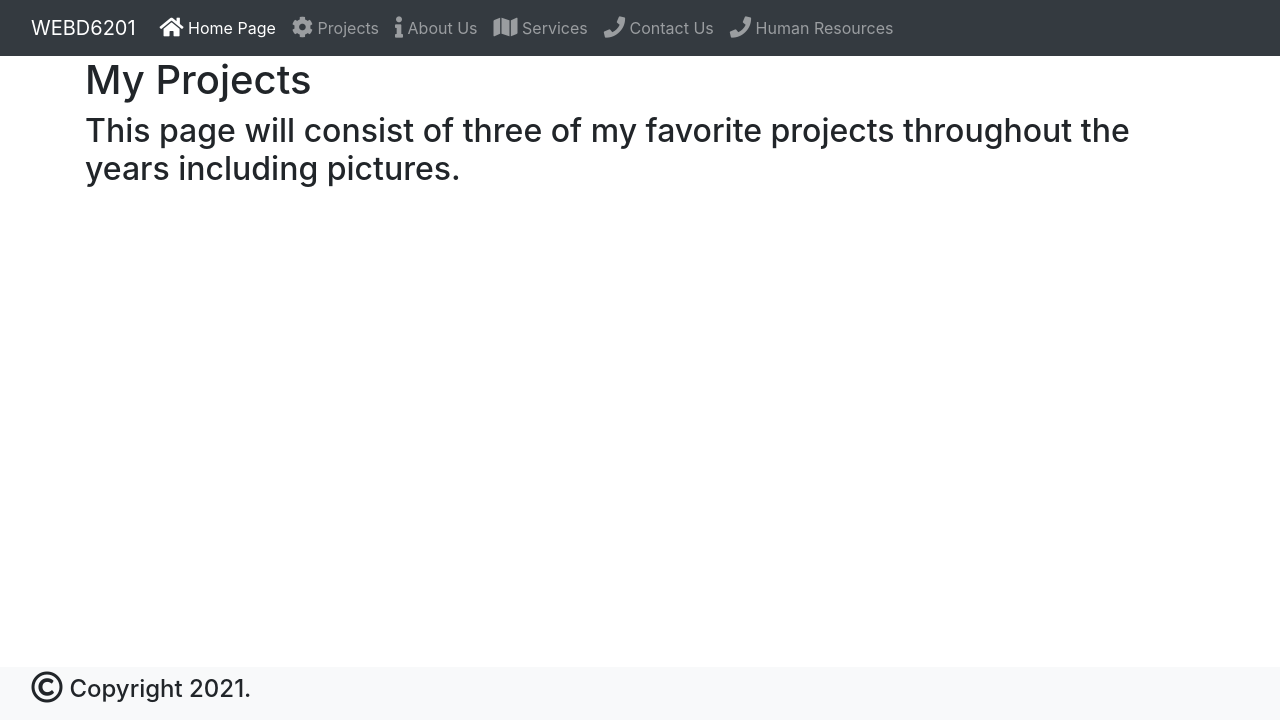
Repository: arbin6ix/ICE-2
Page: projects.html
The author's editor kept a copy of each file at every save. The page is drawn from the files as they stood at one save, then again after the next save.
The browser window is 1280 px wide. The pictures show the whole page.

Above is the page before, as saved 2021-02-05 22:10:12.

### projects.html
<!DOCTYPE html>
<html lang="en">
<head>
    <meta charset="UTF-8">
    <meta name="viewport" content="width=device-width, initial-scale=1.0">
    <title>Projects</title>
    <!-- CSS Section -->
    <link rel="stylesheet" href="./node_modules/bootstrap/dist/css/bootstrap.min.css">
    <link rel="stylesheet" href="./node_modules/@fortawesome/fontawesome-free/css/all.min.css">
    <link rel="stylesheet" href="./Content/app.css">
</head>
<body>
    <!-- Main Header -->
    <header>
        <!-- Main Navigation -->
        <nav class="navbar navbar-expand-lg navbar-dark bg-dark">
          <div class="container-fluid">
            <a class="navbar-brand" href="projects.html">WEBD6201</a>
            <button class="navbar-toggler" type="button" data-bs-toggle="collapse" data-bs-target="#navbarSupportedContent" aria-controls="navbarSupportedContent" aria-expanded="false" aria-label="Toggle navigation">
              <span class="navbar-toggler-icon"></span>
            </button>
            <div class="collapse navbar-collapse" id="navbarSupportedContent";>
              <ul class="navbar-nav me-auto mb-2 mb-lg-0">
                <li class="nav-item">
                  <a class="nav-link active" aria-current="page" href="index.html"><i class="fas fa-home fa-lg"></i> Home Page</a>
                </li>

                <li class="nav-item">
                  <a class="nav-link" aria-current="page" href="projects.html"><i class="fas fa-cog fa-lg"></i> Projects</a>
                </li>

                <li class="nav-item">
                  <a class="nav-link" aria-current="page" href="about.html"><i class="fas fa-info fa-lg"></i> About Us</a>
                </li>

                <li class="nav-item">
                  <a class="nav-link" aria-current="page" href="services.html"><i class="fas fa-map fa-lg"></i> Services</a>
                </li>

                <li class="nav-item">
                  <a class="nav-link" aria-current="page" href="contact.html"><i class="fas fa-phone fa-lg"></i> Contact Us</a>
                </li>

                <li class="nav-item">
                  <a class="nav-link" aria-current="page" href="human-resources.html"><i class="fas fa-phone fa-lg"></i> Human Resources</a>
                </li>
              </ul>
            </div>
          </div>
        </nav>
  </header>

    <!-- Main Content -->
    <main class="container">
        <h1>My Projects</h1>
        <h2>This page will consist of three of my favorite projects throughout the years including pictures.</h2>
    </main>

    <!-- Main Footer -->
    <footer>
        <nav class="navbar fixed-bottom navbar-light bg-light">
            <div class="container-fluid">
              <h4><i class="far fa-copyright fa-lg"></i> Copyright 2021.</h4>
            </div>
          </nav>
    </footer>

    <!-- Script Section-->
    <script src="./node_modules/jquery/dist/jquery.min.js"></script>
    <script src="./node_modules/bootstrap/dist/js/bootstrap.bundle.min.js"></script>
    <script src="./Scripts/app.js"></script>
</body>
</html>

### Scripts/app.js
/* custom JavaScript goes here */

//IIFE - Immediately Invoked Function Expression
//AKA - Anonymous Self-Executing Function
//Closure - limits scope leak

"use strict";
//Contact Class


(function()
{
    function displayHome()
    {
        let paragraphOneText =
          "This is a simple site to demonstrate DOM Manipulation for ICE 2";

        let paragraphOneElement = document.getElementById("paragraphOne");

        paragraphOneElement.textContent = paragraphOneText;
        paragraphOneElement.className = "fs-5";

        // Step 1. document.createElement
        let newParagraph = document.createElement("p");
        // Step 2. configure the element
        newParagraph.setAttribute("id", "paragraphTwo");
        newParagraph.textContent = "...And this is paragraph two";
        // Step 3. select the parent element
        let mainContent = document.getElementsByTagName("main")[0];
        // Step 4. Add / Insert the element
        mainContent.appendChild(newParagraph);

        newParagraph.className = "fs-6";

        // another way of injecting content
        let paragraphDiv = document.createElement("div");
        let paragraphThree = `<p id="paragraphThree" class="fs-7 fw-bold">And this is the Third Paragraph</p>`;
        paragraphDiv.innerHTML = paragraphThree;

        // insertions

        // example of inserting before a node
        //newParagraph.before(paragraphDiv);

        // example of inserting after a node
        newParagraph.after(paragraphDiv);

        // deletions

        // example of removing a single element
        //paragraphOneElement.remove();

        // example of removeChild
        mainContent.removeChild(paragraphOneElement);

        // update / modification
        //mainContent.firstElementChild.textContent = "Welcome Home!";

        mainContent.innerHTML = `<h1 id="firstHeading">Welcome to WEBD6201 - Lab 1</h1>
         <p id="paragraphOne" class="fs-3 fw-bold">This is my first Paragraph</p>
        `;

    }

    function displayAbout()
    {

    }

    function displayProjects()
    {

    }

    function displayServices()
    {

    }

    function displayContact()
    {
        let messageArea = document.getElementById("messageArea");
        messageArea.hidden = true;

        // form validation
        let fullName = document.getElementById("fullName");
        fullName.addEventListener("blur", function() {
            if(fullName.value.length < 2)
            {
                fullName.focus();
                fullName.select();
                messageArea.hidden = false;
                messageArea.className = "alert alert-danger";
                messageArea.textContent = "Please enter an appropriate Name";
            }
            else
            {
                messageArea.removeAttribute("class");
                messageArea.hidden = true;
            }
        });

        let sendButton = document.getElementById("sendButton");
        sendButton.addEventListener("click", function(event){
            //event.preventDefault();


            let contact = new Contact(fullName.value, contactNumber.value, emailAddress.value);
              localStorage.setItem((localStorage.length + 1).toString(), contact.serialize());







        });
    }

    function displayContactList()
    {
      if (localStorage.length > 0)
      {
        let contactList = document.getElementById("contactList");

        let data = "";

        for (let index = 0; index < localStorage.length; index++)
        {
          let contactData = localStorage.getItem((index + 1).toString());

          let contact = new Contact();
          contact.deserialize(contactData);

          data += `<tr>
          <th scope="row">${index + 1}</th>
          <td>${contact.FullName}</td>
          <td>${contact.ContactNumber}</td>
          <td>${contact.EmailAddress}</td>
        </tr>`;
        }

        contactList.innerHTML = data;
      }
    }



    function Start()
    {
        console.log("App Started...");

        switch (document.title)
        {
          case "Home":
              displayHome();
            break;
          case "About":
              displayAbout();
            break;
          case "Projects":
              displayProjects();
            break;
          case "Services":
              displayServices();
            break;
          case "Contact":
              displayContact();
            break;
          case "Contact-List":
            displayContactList();
          break;
        }

    }

    window.addEventListener("load", Start);

})();

Loaded but not shown: node_modules/bootstrap/dist/css/bootstrap.min.css (library); node_modules/@fortawesome/fontawesome-free/css/all.min.css (library); Content/app.css (common file); node_modules/jquery/dist/jquery.min.js (library); node_modules/bootstrap/dist/js/bootstrap.bundle.min.js (library)

After the next save:
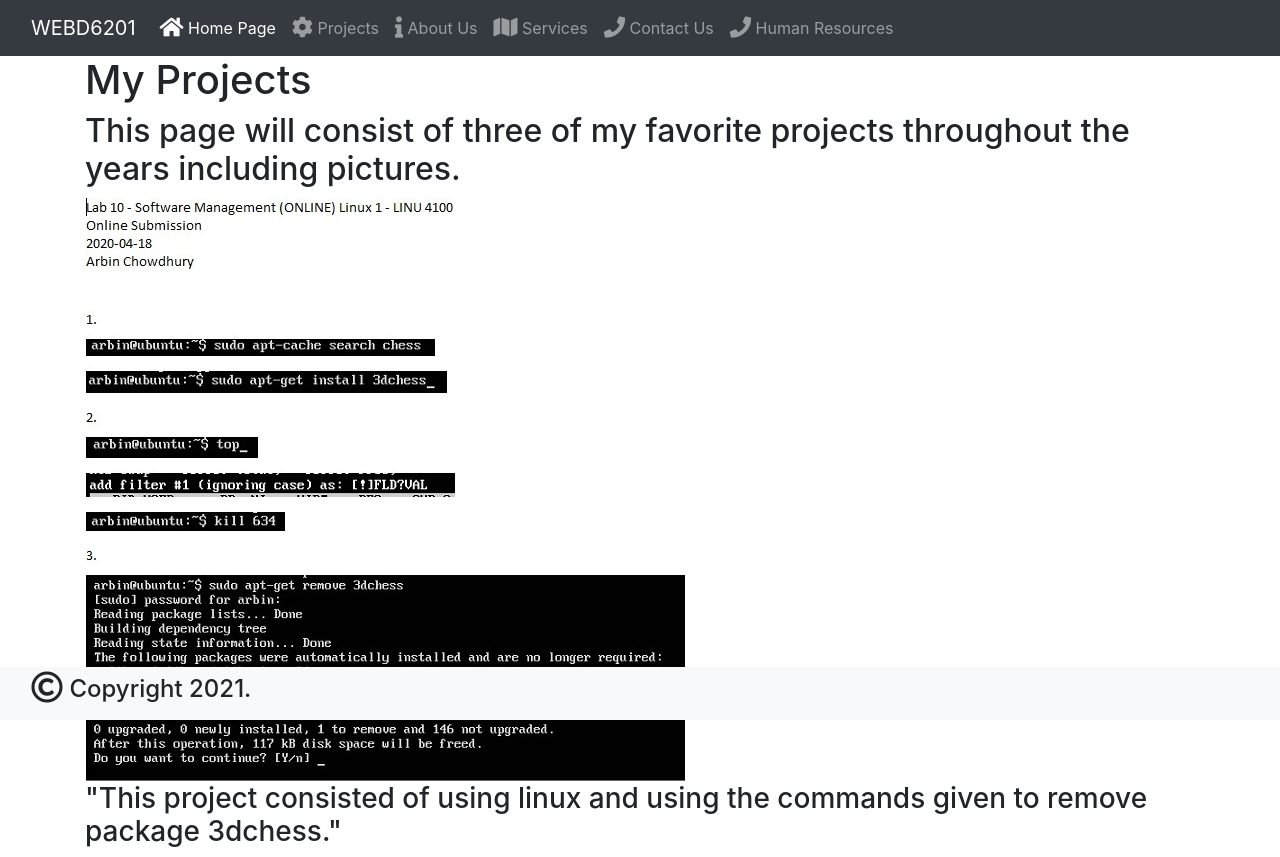
Saved 10 min 7 s later.
--- a/projects.html
+++ b/projects.html
@@ -54,6 +54,8 @@
     <main class="container">
         <h1>My Projects</h1>
         <h2>This page will consist of three of my favorite projects throughout the years including pictures.</h2>
+        <img src="images/project1.jpg">
+        <h3>"This project consisted of using linux and using the commands given to remove package 3dchess."</h3>
     </main>
 
     <!-- Main Footer -->
